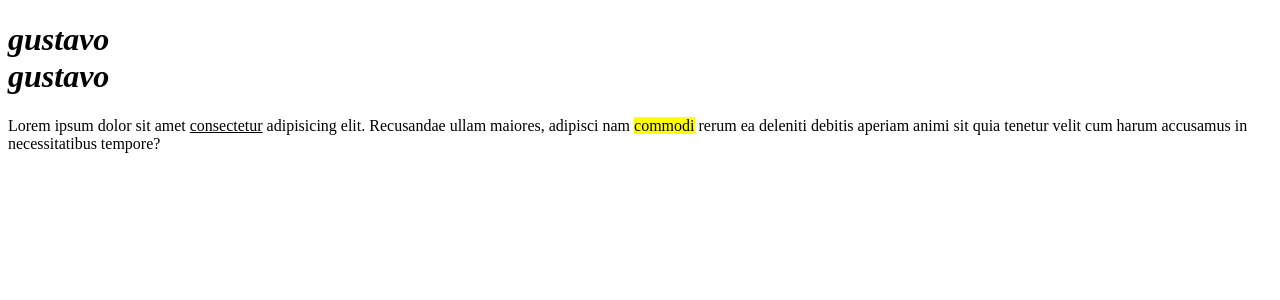
Repository: gustavotwist/html-css
Page: nova.html
An editor plug-in stored every save of this project. The page is shown before and after a run of saves, followed by the edit.
The browser window is 1280 px wide. The pictures show the whole page.

Above is the page before, as saved 2024-04-24 20:35:37.

After the next 2 saves:
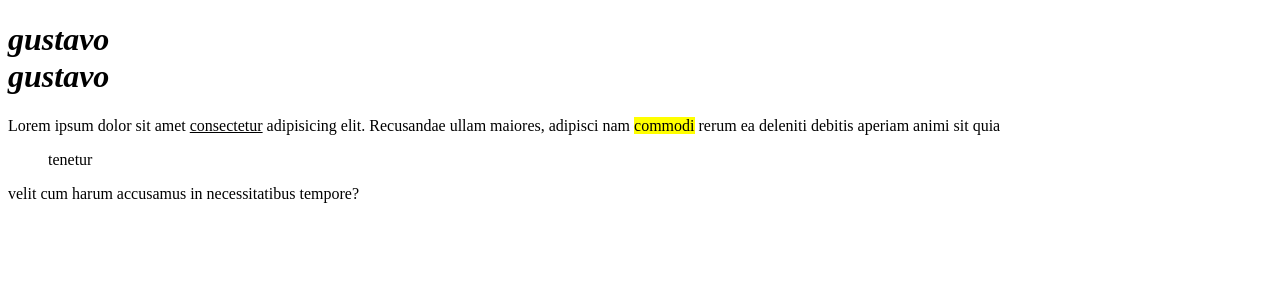
The 2 saves are shown as one change because they came seconds apart.
The last was saved 6 s later.
--- a/nova.html
+++ b/nova.html
@@ -7,7 +7,7 @@
 </head>
 <body>
    <h1><strong><i>gustavo</i></strong><br> <em>gustavo</em></h1>
-   <p>Lorem ipsum dolor sit amet <u>consectetur</u> adipisicing elit. Recusandae ullam maiores, adipisci nam <mark>commodi</mark> rerum ea deleniti debitis aperiam animi sit quia <bloc>tenetur</bloc> velit cum harum accusamus in necessitatibus tempore?</p>
+   <p>Lorem ipsum dolor sit amet <u>consectetur</u> adipisicing elit. Recusandae ullam maiores, adipisci nam <mark>commodi</mark> rerum ea deleniti debitis aperiam animi sit quia <blockquote>tenetur</blockquote> velit cum harum accusamus in necessitatibus tempore?</p>
 
 </body>
 </html>
